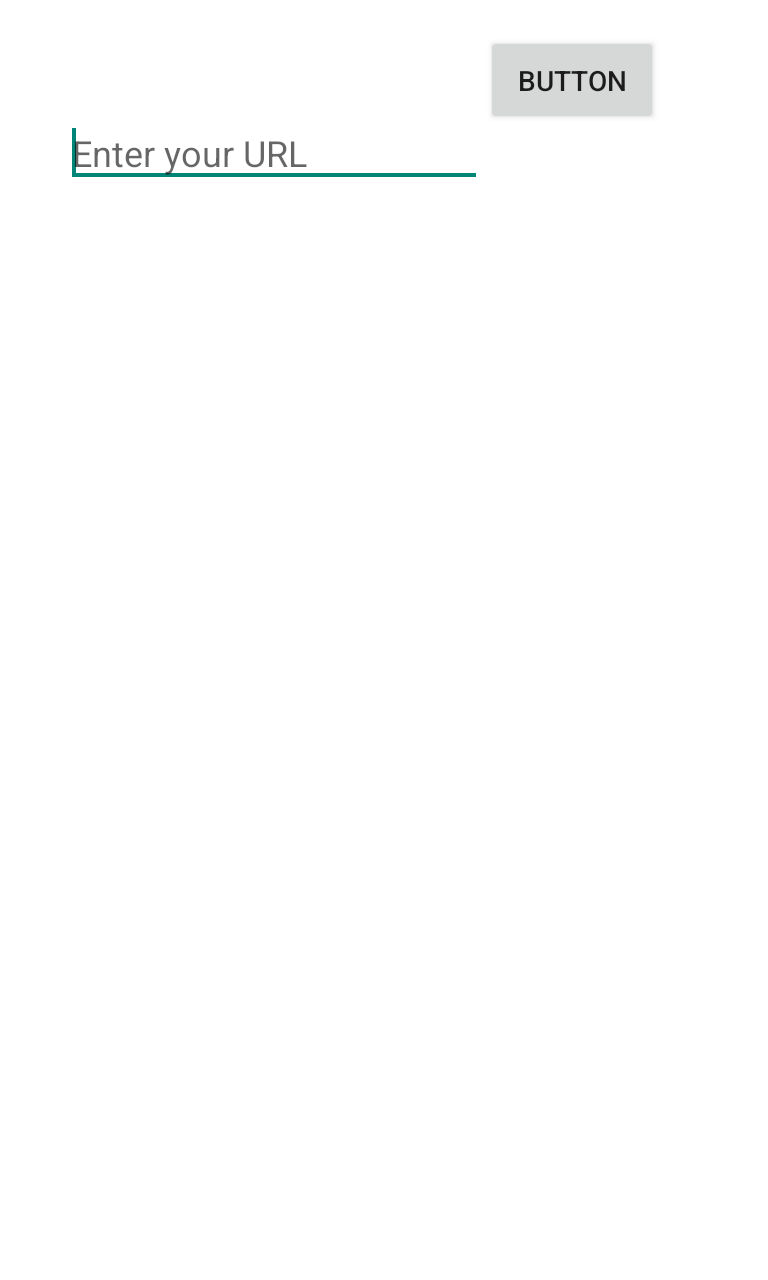
Repository: HarithaAmmuHari/Database
Layout: NewWeb/res/layout/activity_main.xml
An editor plug-in stored every save of this project. The layout is shown before and after the next save, followed by the edit.
It is drawn on a 768 x 1280 px phone screen (xhdpi) without system bars, with theme AppTheme; the app's code is not run.

Above is the layout before, as saved 2015-05-12 05:29:30.

### NewWeb/res/layout/activity_main.xml
<RelativeLayout xmlns:android="http://schemas.android.com/apk/res/android"
    xmlns:tools="http://schemas.android.com/tools"
    android:layout_width="match_parent"
    android:layout_height="match_parent"
    android:paddingBottom="@dimen/activity_vertical_margin"
    android:paddingLeft="@dimen/activity_horizontal_margin"
    android:paddingRight="@dimen/activity_horizontal_margin"
    android:paddingTop="@dimen/activity_vertical_margin"
    tools:context="com.example.newweb.MainActivity"
    android:background="#ffffff" >

    <EditText
        android:id="@+id/editText1"
        android:layout_width="wrap_content"
        android:layout_height="wrap_content"
        android:layout_alignParentLeft="true"
        android:layout_alignParentTop="true"
        android:layout_marginLeft="16dp"
        android:layout_marginTop="38dp"
        android:ems="10"
        android:hint="Enter your URL" >

        <requestFocus />
    </EditText>

    <Button
        android:id="@+id/button1"
        android:layout_width="wrap_content"
        android:layout_height="wrap_content"
        android:layout_toRightOf="@+id/editText1"
        android:text="Button" />

</RelativeLayout>

Loaded but not shown: NewWeb/res/values/styles.xml (common file); NewWeb/res/values-v11/styles.xml (common file); NewWeb/res/values-v14/styles.xml (common file); NewWeb/res/values/dimens.xml (common file); NewWeb/res/values-w820dp/dimens.xml (common file)

After the next save:
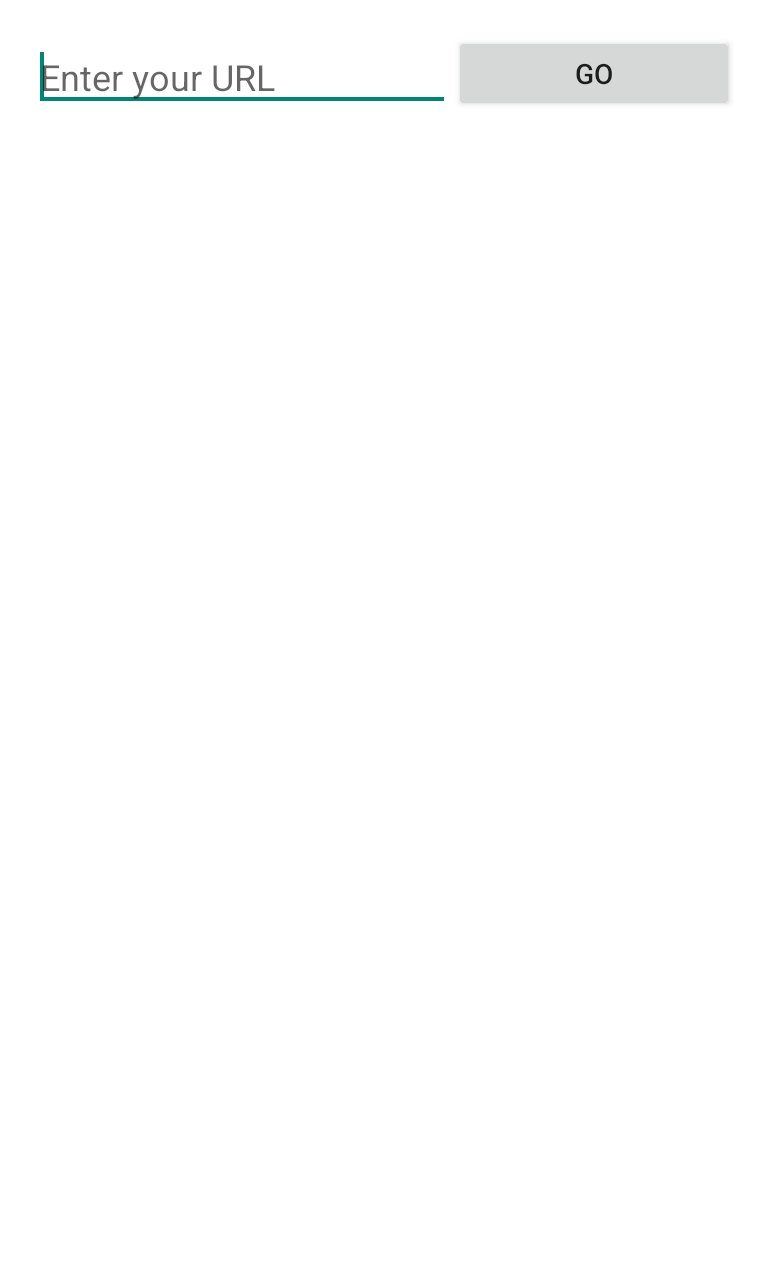
Saved 44 s later.
--- a/NewWeb/res/layout/activity_main.xml
+++ b/NewWeb/res/layout/activity_main.xml
@@ -15,8 +15,6 @@
         android:layout_height="wrap_content"
         android:layout_alignParentLeft="true"
         android:layout_alignParentTop="true"
-        android:layout_marginLeft="16dp"
-        android:layout_marginTop="38dp"
         android:ems="10"
         android:hint="Enter your URL" >
 
@@ -27,7 +25,9 @@
         android:id="@+id/button1"
         android:layout_width="wrap_content"
         android:layout_height="wrap_content"
+        android:layout_alignBottom="@+id/editText1"
+        android:layout_alignParentRight="true"
         android:layout_toRightOf="@+id/editText1"
-        android:text="Button" />
+        android:text="GO" />
 
 </RelativeLayout>
